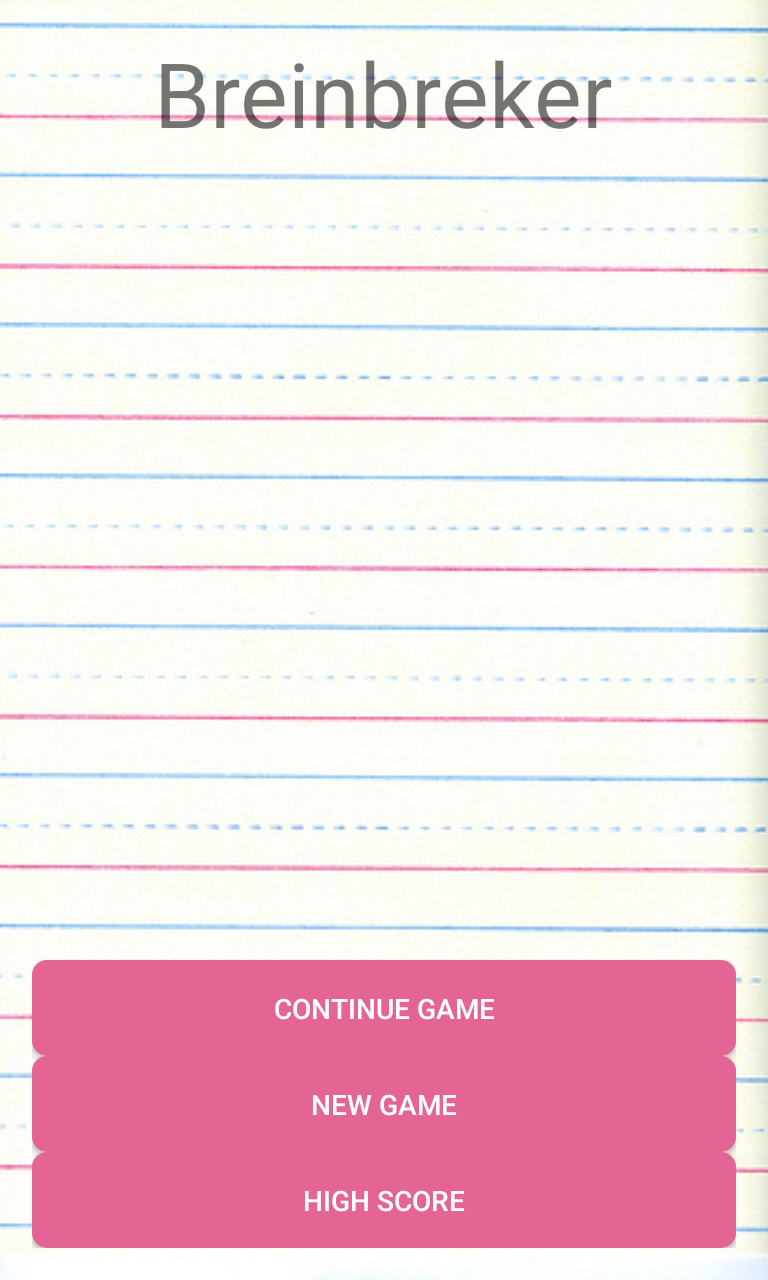
Repository: jelleswester/Breinbreker
Layout: Breinbreker/res/layout/activity_start_screen.xml
An editor plug-in stored every save of this project. The layout is shown before and after the next save, followed by the edit.
It is drawn on a 768 x 1280 px phone screen (xhdpi) without system bars, with theme AppTheme; the app's code is not run.

Above is the layout before, as saved 2015-01-27 17:01:57.

### Breinbreker/res/layout/activity_start_screen.xml
<RelativeLayout xmlns:android="http://schemas.android.com/apk/res/android"
    xmlns:tools="http://schemas.android.com/tools"
    android:layout_width="match_parent"
    android:layout_height="match_parent"
    android:paddingBottom="@dimen/activity_vertical_margin"
    android:paddingLeft="@dimen/activity_horizontal_margin"
    android:paddingRight="@dimen/activity_horizontal_margin"
    android:paddingTop="@dimen/activity_vertical_margin"
    android:background="@drawable/background"
    tools:context="nl.mprog.jelleswester.breinbreker.StartScreenActivity" >

    <TextView
        android:id="@+id/textView1"
        android:layout_width="wrap_content"
        android:layout_height="wrap_content"
        android:layout_alignParentTop="true"
        android:layout_centerHorizontal="true"
        android:text="@string/brein_breker"
        android:textSize="45sp" />

    <Button
        android:id="@+id/highScoreButton"
        android:layout_width="fill_parent"
        android:layout_height="wrap_content"
        android:layout_alignParentBottom="true"
        android:layout_centerHorizontal="true"
        android:onClick="highScoreButton"
        android:background="@drawable/button_shape"
        android:textColor="@color/white"
        android:text="@string/high_score" />

    <Button
        android:id="@+id/newGameButton"
        android:layout_width="fill_parent"
        android:layout_height="wrap_content"
        android:layout_above="@+id/highScoreButton"
        android:layout_alignLeft="@+id/highScoreButton"
        android:onClick="startButton"
        android:background="@drawable/button_shape"
        android:textColor="@color/white"
        android:text="@string/new_game" />

    <Button
        android:id="@+id/continueGameButton"
        android:layout_width="fill_parent"
        android:layout_height="wrap_content"
        android:layout_above="@+id/newGameButton"
        android:layout_alignLeft="@+id/newGameButton"
        android:onClick="continueButton"
        android:background="@drawable/button_shape"
        android:textColor="@color/white"
        android:text="@string/continue_game" />

</RelativeLayout>

### Breinbreker/res/values/strings.xml
<?xml version="1.0" encoding="utf-8"?>
<resources>

    <string name="app_name">Breinbreker</string>
    <string name="hello_world">Hello world!</string>
    <string name="action_settings">Settings</string>
    <string name="title_activity_game_play">GamePlay</string>
    <string name="title_activity_high_score">HighScore</string>
    <string name="title_activity_you_won">YouWon</string>
    <string name="brein_breker">Breinbreker</string>
    <string name="start_game">START</string>
    <string name="high_score">High Score</string>
    <string name="back">Back</string>
    <string name="confirm">Confirm</string>
    <string name="you_won">You Won</string>
    <string name="congratulations">Congratulations!</string>
    <string name="high_score_entry">Please enter your name for your high score:</string>
    <string name="example_name">Bob</string>
    <string name="example_high_score">1.    Bob               03:59:15</string>
    <string name="characters">AAAA</string>
    <string name="symbol">+</string>
    <string name="symbol_equal">=</string>
    <string name="text">1234</string>
    <string name="continue_game">Continue Game</string>
    <string name="new_game">New Game</string>
    <string name="hint">Hint</string>


</resources>

### Breinbreker/res/drawable-hdpi/button_shape.xml
<?xml version="1.0" encoding="UTF-8"?>
<shape
    xmlns:android="http://schemas.android.com/apk/res/android">
    <stroke
        android:width="1dp"
        android:color="#E46495"/>
    <corners
        android:radius="7dp" />

    <padding
        android:left="1dp"
        android:right="1dp"
        android:top="1dp"
        android:bottom="1dp"/>

    <solid android:color="#E46495"/>

</shape>

### Breinbreker/res/values/color.xml
<?xml version="1.0" encoding="utf-8"?>
<resources>
    <item name="white" type="color">#FFFFFF</item>
</resources>

Loaded but not shown: Breinbreker/res/values/styles.xml (common file); Breinbreker/res/values-v11/styles.xml (common file); Breinbreker/res/values-v14/styles.xml (common file); Breinbreker/res/values/dimens.xml (common file); Breinbreker/res/values-w820dp/dimens.xml (common file)

After the next save:
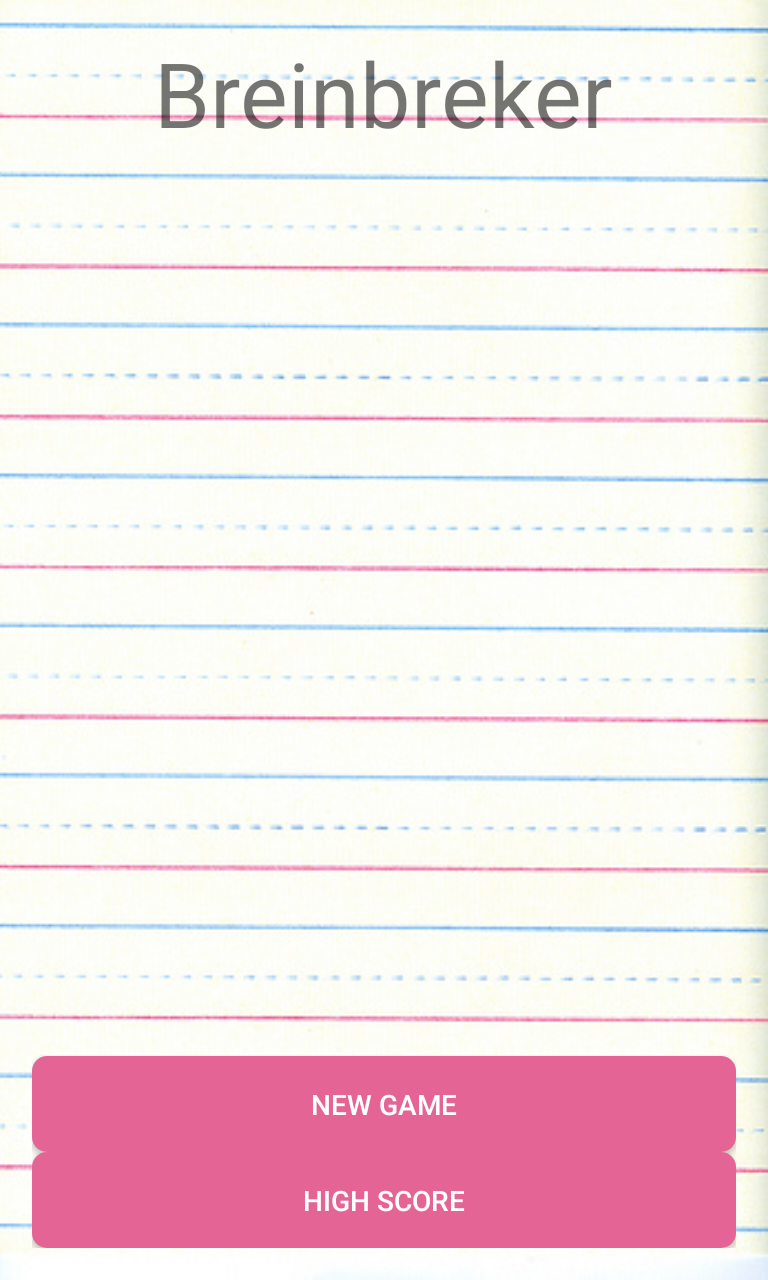
Saved 13 h 57 min later.
--- a/Breinbreker/res/layout/activity_start_screen.xml
+++ b/Breinbreker/res/layout/activity_start_screen.xml
@@ -40,15 +40,4 @@
         android:textColor="@color/white"
         android:text="@string/new_game" />
 
-    <Button
-        android:id="@+id/continueGameButton"
-        android:layout_width="fill_parent"
-        android:layout_height="wrap_content"
-        android:layout_above="@+id/newGameButton"
-        android:layout_alignLeft="@+id/newGameButton"
-        android:onClick="continueButton"
-        android:background="@drawable/button_shape"
-        android:textColor="@color/white"
-        android:text="@string/continue_game" />
-
 </RelativeLayout>
